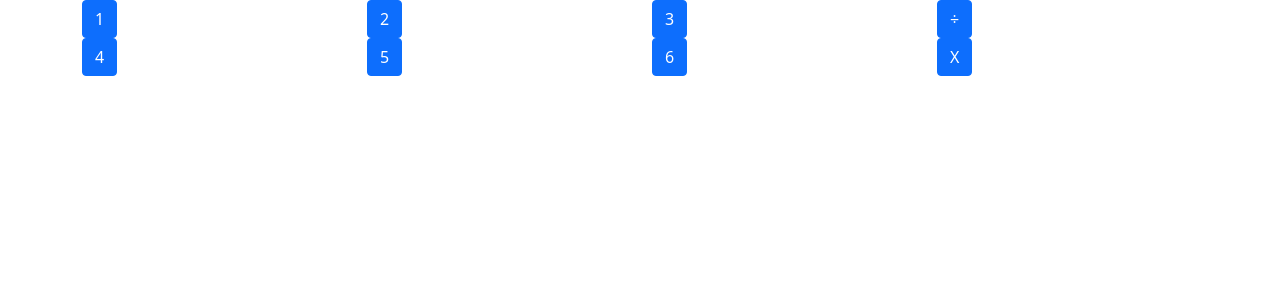
Repository: jsakdalan/CalculatorReactTypescript
Page: /
These files come from the project's save history. The page is drawn as it stood at one moment and after the next save; the edit follows.
The browser window is 1280 px wide. The pictures show the whole page.
The project was rebuilt for these pictures with package versions that can differ from the ones it lists, and the page was loaded fresh each time. Also part of the build but not shown: src/App.css.

Above is the page before, as saved 2022-06-07 15:43:25.

After the next save:
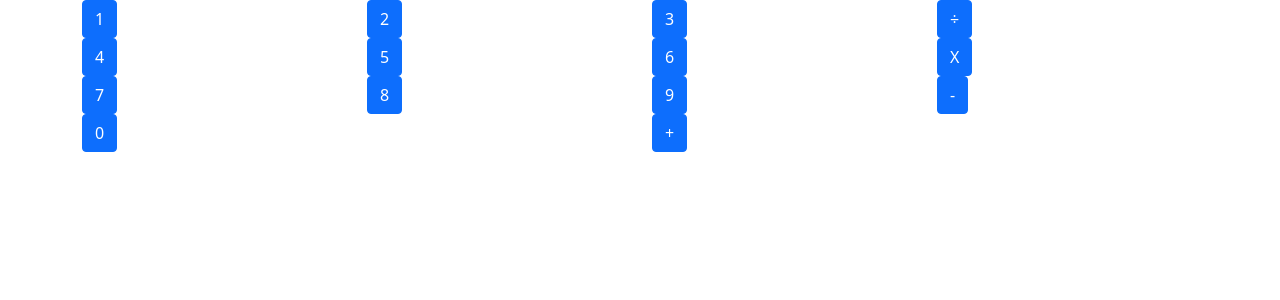
Saved 4 min 12 s later.
--- a/src/pages/Calculator.tsx
+++ b/src/pages/Calculator.tsx
@@ -34,6 +34,16 @@ export default function TextEditor(){
                     <Col><Buttons styling="numerical" btnNumber="6"/></Col>
                     <Col><Buttons styling="operational" btnNumber="X"/></Col>
                 </Row>
+                <Row>
+                    <Col><Buttons styling="numerical" btnNumber="7"/></Col>
+                    <Col><Buttons styling="numerical" btnNumber="8"/></Col>
+                    <Col><Buttons styling="numerical" btnNumber="9"/></Col>
+                    <Col><Buttons styling="operational" btnNumber="-"/></Col>
+                </Row>
+                <Row>
+                    <Col><Buttons styling="numerical" btnNumber="0"/></Col>
+                    <Col><Buttons styling="numerical" btnNumber="+"/></Col>
+                </Row>
             </Container>
         </>
     )
